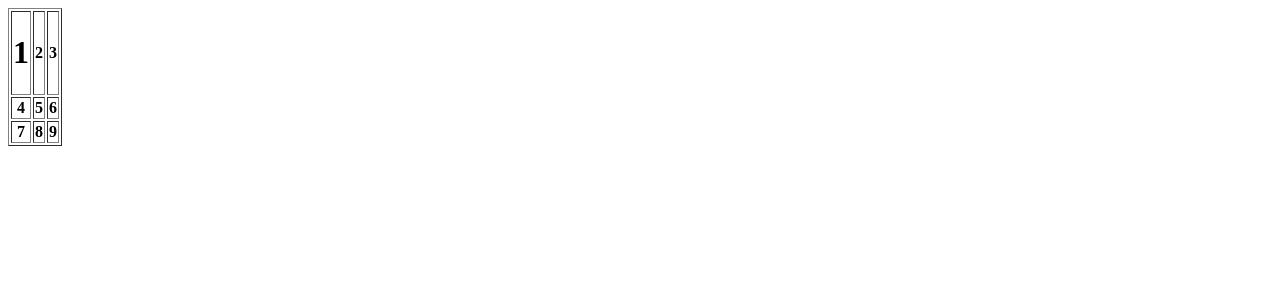
Repository: oUYUo/javaweb_and_javaBaseKnowLedge
Page: http://localhost/computer/
These files come from the project's save history. The page is drawn as it stood at one moment and after the next save; the edit follows.
The browser window is 1280 px wide. The pictures show the whole page.
The page is served by Tomcat 9.

Above is the page before, as saved 2018-02-27 08:47:21.

After the next save:
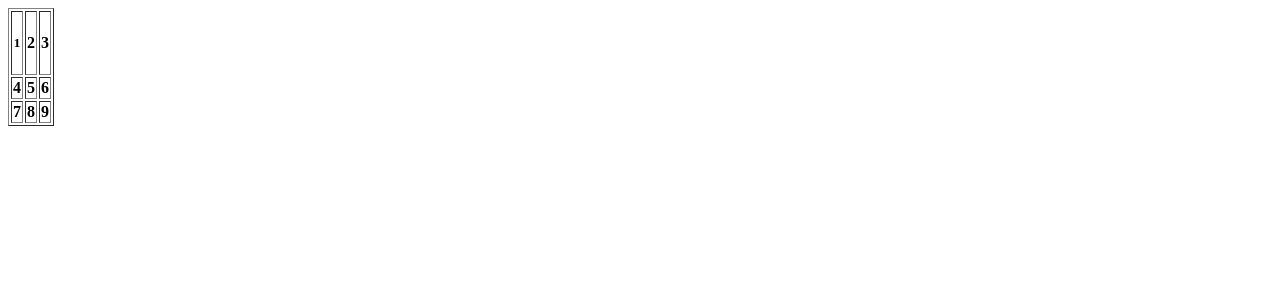
Saved 10 s later.
--- a/computer/WebContent/index.jsp
+++ b/computer/WebContent/index.jsp
@@ -9,7 +9,7 @@
 <body>
 <table border="1">
   <tr>
-    <th><h1>1</h1></th>
+    <th><h5>1</h5></th>
     <th>2</th>
     <th>3</th>
   </tr>
